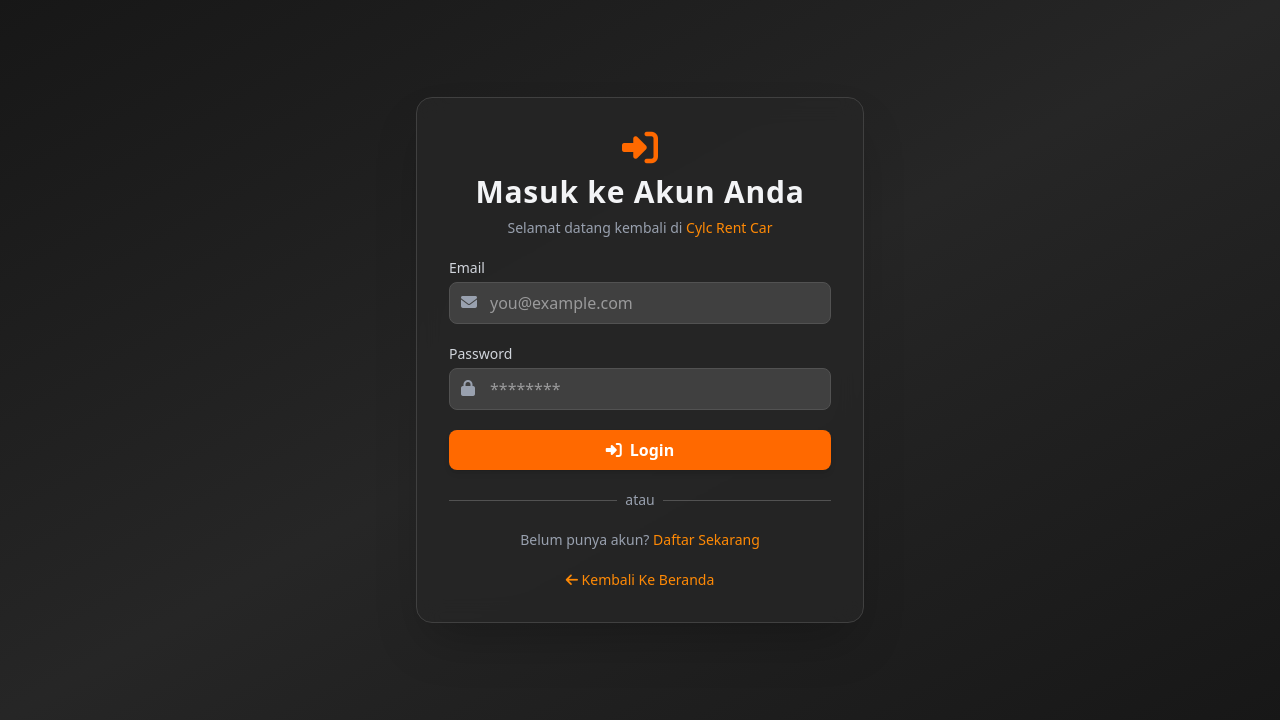
Repository: Fadlan079/FinalProject-RentalMobil
Page: http://localhost/index.php?action=login
These files come from the project's save history. The page is drawn as it stood at one moment and after a run of saves; the edit follows.
The browser window is 1280 px wide. The pictures show the whole page.
Some web libraries are served in a nearby version. The page is run by PHP 8.4 with error messages shown; the project is at /var/www/html/. Style sheets and scripts are compiled from the project's sources, by tool versions that may differ from the author's.

Above is the page before, as saved 2025-11-12 12:35:39.

### Public/index.php
<?php
require_once __DIR__ . '/../App/Controllers/auth-controller.php';
require_once __DIR__ . '/../App/Controllers/pelanggan-controller.php';
require_once __DIR__ . '/../App/Controllers/pegawai-controller.php';

$Authcontroller = new AUTHController;
$Pelanggancontroller = new PELANGGANController;
$Pegawaicontroller = new PEGAWAIController;

$action = $_GET['action'] ?? 'index';
$id = $_GET['id'] ?? null;

switch ($action) {

    // AUTHENTICATION
    case 'login':
        $Authcontroller->showlogin();
        break;
    case 'storelogin':
        $Authcontroller->login();
        break;
    case 'signup':
        $Authcontroller->showsignup();
        break;
    case 'storesignup':
        $Authcontroller->signup();
        break;
    case 'logout':
        $Authcontroller->logout();
        break;

    // PELANGGAN
    case 'index':
        $Pelanggancontroller->index();
        break;
    case 'store-profile-pelanggan':
        $Pelanggancontroller->Storeprofile();
        break;
    case 'detail-mobil':
        $Pelanggancontroller->detailmobil($id);
        break;
    case 'store-transaksi':
        $Pelanggancontroller->Storetransaksi();
        break;
    case 'buat-transaksi':
        $Pelanggancontroller->buatTransaksi();
        break;
    case 'riwayat-transaksi':
        $Pelanggancontroller->riwayatTransaksi();
        break;

    //PEGAWAI
    case 'profile-pegawai':
        $Pegawaicontroller->Showprofile();
        break;
    case 'store-profile-pegawai':
        $Pegawaicontroller->Storeprofile();
        break;
    //ADMIN


    // 404 Not Found
    default:
        http_response_code(404);
        include __DIR__ . '/../App/Views/errors/404.php';
        break;
}
?>

### App/Controllers/auth-controller.php
<?php
session_start();
require_once __DIR__ . '/../Models/user.php';
require_once __DIR__ . '/../Models/pelanggan.php';
require_once __DIR__ . '/../Models/pegawai.php';

class AUTHController {
    private $model;
    private $pelangganmodel;
    private $pegawaimodel;

    public function __construct() {
        $this->model = new User();
        $this->pelangganmodel = new Pelanggan();
        $this->pegawaimodel = new Pegawai();
    }

    public function showlogin() {
        require_once __DIR__ . '/../Views/Auth/login.php';
    }

    public function login() {
        if ($_SERVER['REQUEST_METHOD'] === 'POST') {
            $email = trim($_POST['email']);
            $password = trim($_POST['password']);

            if (empty($email) || empty($password)) {
                $_SESSION['error'] = 'Email dan password tidak boleh kosong!';
                header("Location: ../Public/?action=login");
                exit;
            }

            $foundUser = $this->model->getuserbyemail($email);

            if (!$foundUser) {
                $_SESSION['error'] = 'Email tidak ditemukan!';
                header("Location: ../Public/?action=login");
                exit;
            }

            if (!password_verify($password, $foundUser['password'])) {
                $_SESSION['error'] = 'Password salah!';
                header("Location: ../Public/?action=login");
                exit;
            }

            $_SESSION['user'] = [
                'id_user' => $foundUser['id_user'],
                'email'   => $foundUser['email'],
                'role'    => $foundUser['role'] ?? 'pelanggan',
            ];

            if ($foundUser['role'] === 'pelanggan') {
                if (!$this->pelangganmodel->getpelangganbyiduser($foundUser['id_user'])) {
                    $this->pelangganmodel->Insertpelanggan($foundUser['id_user'], '', '', '', '', '', '', '', '', '', '');
                }
            } elseif ($foundUser['role'] === 'pegawai') {
                if (!$this->pegawaimodel->getpegawaibyiduser($foundUser['id_user'])) {
                    $this->pegawaimodel->Insertpegawai($foundUser['id_user'], '', '', Null , '', '', '', '','','','','');
                }
            }

            header("Location: ../Public/?action=index");
            exit;
        }
    }

    public function showsignup() {
        require_once __DIR__ . '/../Views/Auth/signup.php';
    }

    public function signup() {
        if ($_SERVER['REQUEST_METHOD'] === 'POST') {
            $email = trim($_POST['email']);
            $password = trim($_POST['password']);
            $jk = trim($_POST['jk']);

            if (empty($email) || empty($password) || empty($jk)) {
                $_SESSION['error'] = 'Data Tidak Boleh Kosong!';
                header("Location: ../Views/Auth/signup.php");
                exit;
            }

            $users = $this->model->Selectuser();
            foreach ($users as $user) {
                if ($user['email'] === $email) {
                    $_SESSION['error'] = 'Email sudah terdaftar!';
                    header("Location: ../Views/Auth/signup.php");
                    exit;
                }
            }

            if ($this->model->Insertuser($email, $password,$jk)) {
                $_SESSION['success'] = 'Registrasi berhasil, silakan login.';
                header("Location: ../Public/?action=login");
                exit;
            } else {
                $_SESSION['error'] = 'Gagal mendaftar.';
                header("Location: ../Views/Auth/signup.php");
                exit;
            }
        }
    }


    public function logout() {
        session_unset();
        session_destroy();
        header("Location: ../Public/?action=index");
        exit;
    }
}
?>

### App/Models/user.php
<?php
require_once __DIR__ . '/../../Config/Database.php';

class User{
    private $pdo;

    public function __construct(){
        $db = new Database();
        $this->pdo = $db->getConnection();
    }

    public function Insertuser($email,$password,$jk,$role=Null){
        try{
            $hash = Password_hash($password,PASSWORD_DEFAULT);
            if ($role) {
                $sql = "INSERT INTO user (email, password,jk, role) VALUES (:email, :password,:jk, :role)";
                $stmt = $this->pdo->prepare($sql);
                $stmt->bindParam(':role', $role);
            } else {
                $sql = "INSERT INTO user (email, password,jk) VALUES (:email, :password,:jk)";
                $stmt = $this->pdo->prepare($sql);
            }
            $stmt->bindParam(':email',$email);
            $stmt->bindParam(':password',$hash);
            $stmt->bindParam(':jk',$jk);
            return $stmt->execute();
        }catch(PDOException $e){
            die('Gagal Menambahkan Data :' .  $e->getMessage());
        }
    }

    public function Selectuser(){
        try{
            $sql = "SELECT * FROM user";
            $stmt = $this->pdo->query($sql);
            return $stmt->fetchAll(PDO::FETCH_ASSOC);
        }catch(PDOException $e){
            die('Gagal Menampilkan Data :' .  $e->getMessage());
        }
    }

    public function getuserbyemail($email){
        try{
            $sql = "SELECT * FROM user WHERE email = :email";
            $stmt = $this->pdo->prepare($sql);
            $stmt->execute(['email' => $email]);
            return $stmt->fetch(PDO::FETCH_ASSOC);
        }catch(PDOException $e){
            die('Gagal Menampilkan Data :' .  $e->getMessage());
        }
    }
}

// $user = new User();
// $user->Insertuser('test1@gmail.com','12345');
// $data = $user->Selectuser();
// var_dump($data);
?>

### Config/Database.php
<?php
class Database {
    public $host = "localhost";
    private $db   = "fp_rentalmobil";
    private $user = "root";
    private $pass = "";
    private $pdo;

    public function __construct() {
        try {
            $dsn = "mysql:host={$this->host};dbname={$this->db}";
            $this->pdo = new PDO($dsn, $this->user, $this->pass);
            $this->pdo->setAttribute(PDO::ATTR_ERRMODE, PDO::ERRMODE_EXCEPTION);
        } catch(PDOException $e) {
            die("Koneksi gagal: " . $e->getMessage());
        }
    }
      public function getConnection() {
        return $this->pdo;
    }
}
?>

### App/Models/pelanggan.php
<?php
require_once __DIR__ . '/../../Config/Database.php';

class Pelanggan{
    private $pdo;

    public function __construct(){
        $db = new Database();
        $this->pdo = $db->getConnection();
    }

    public function Insertpelanggan($id_user,$nama,$nik,$alamat,$kelurahan,$kecamatan,$kota,$kp,$telp,$bio,$pp){
        try{
            $sql = "INSERT INTO pelanggan(id_user,nama,nik,alamat,kelurahan,kecamatan,kota,kp,telp,bio,pp) VALUES(:id_user,:nama,:nik,:alamat,:kelurahan,:kecamatan,:kota,:kp,:telp,:bio,:pp)";
            $stmt = $this->pdo->prepare($sql);
            $stmt->bindParam(':id_user',$id_user);
            $stmt->bindParam(':nama',$nama);
            $stmt->bindParam(':nik',$nik);
            $stmt->bindParam(':alamat',$alamat);
            $stmt->bindParam(':kelurahan',$kelurahan);
            $stmt->bindParam(':kecamatan',$kecamatan);
            $stmt->bindParam(':kota',$kota);
            $stmt->bindParam(':kp',$kp);
            $stmt->bindParam(':telp',$telp);
            $stmt->bindParam(':bio',$bio);
            $stmt->bindParam(':pp',$pp);
            return $stmt->execute();
        }catch(PDOException $e){
            die('Gagal Menambahkan Data :' .  $e->getMessage());
        }
    }

    public function Selectpelanggan(){
        try{
            $sql = "SELECT * FROM pelanggan";
            $stmt = $this->pdo->query($sql);
            return $stmt->fetchAll(PDO::FETCH_ASSOC);
        }catch(PDOException $e){
            die('Gagal Menampilkan Data :' .  $e->getMessage());
        }
    }

    public function getpelangganbyiduser($id_user){
        try{
            $sql = "SELECT * FROM pelanggan WHERE id_user = :id_user";
            $stmt = $this->pdo->prepare($sql);
            $stmt->execute(['id_user'=>$id_user]);
            return $stmt->fetch(PDO::FETCH_ASSOC);
        }catch(PDOException $e){
            die('Gagal Menampilkan Data Dengan ID User :' .  $e->getMessage());
        }
    }

    public function Updatepelanggan($id_user,$nama,$nik,$alamat,$kelurahan,$kecamatan,$kota,$kp,$telp,$bio,$pp){
        try{
            $sql = "UPDATE pelanggan SET nama=:nama,nik=:nik,alamat=:alamat,kelurahan=:kelurahan,kecamatan=:kecamatan,kota=:kota,kp=:kp,telp=:telp,bio=:bio,pp=:pp WHERE id_user=:id_user";
            $stmt = $this->pdo->prepare($sql);
            $stmt->bindParam(':id_user',$id_user);
            $stmt->bindParam(':nama',$nama);
            $stmt->bindParam(':nik',$nik);
            $stmt->bindParam(':alamat',$alamat);
            $stmt->bindParam(':kelurahan',$kelurahan);
            $stmt->bindParam(':kecamatan',$kecamatan);
            $stmt->bindParam(':kota',$kota);
            $stmt->bindParam(':kp',$kp);
            $stmt->bindParam(':telp',$telp);
            $stmt->bindParam(':bio',$bio);
            $stmt->bindParam(':pp',$pp);
            return $stmt->execute();
        }catch(PDOException $e){
            die('Gagal Memperbarui Data :' .  $e->getMessage());
        }
    }

    public function Deletepelanggan($id_pelanggan){
        try{
            $sql = "DELETE FROM pelanggan WHERE id_pelanggan = :id_pelanggan";
            $stmt = $this->pdo->prepare($sql);
            return $stmt->execute(['id_pelanggan' => $id_pelanggan]);
        }catch(PDOException $e){
            die('Gagal Menghapus Data :' .  $e->getMessage());
        }
    }
}

// $pelanggan = new Pelanggan();
// $pelanggan->Insertpelanggan(1,'','','','','','','','','','','');
// $pelanggan->Updatepelanggan(3,1,'Fadlan',1234,'Jl Aw Syahrani','Gunung kelua','Samarinda Ulu','Samarinda',12345,'0822100732928','testing','testing.jpg');
// $pelanggan->Deletepelanggan(2);
// $data = $pelanggan->Selectpelanggan();
// $data = $pelanggan->getpelangganbyiduser(1);
// var_dump($data);
?>

### App/Models/pegawai.php
<?php
require_once __DIR__ . '/../../Config/Database.php';

class Pegawai{
    private $pdo;

    public function __construct(){
        $db = new Database();
        $this->pdo = $db->getConnection();
    }

    public function Insertpegawai($id_user,$nama,$tmpt_lhr,$tgl_lhr,$alamat,$kel,$kec,$kab,$KP,$telp,$bio,$pp){
        try{
            $sql = "INSERT INTO pegawai(id_user,nama,tmpt_lhr,tgl_lhr,alamat,kel,kec,kab,KP,telp,bio,pp) VALUES(:id_user,:nama,:tmpt_lhr,:tgl_lhr,:alamat,:kel,:kec,:kab,:KP,:telp,:bio,:pp)";
            $stmt = $this->pdo->prepare($sql);
            $stmt->bindParam(':id_user',$id_user);
            $stmt->bindParam(':nama',$nama);
            $stmt->bindParam(':tmpt_lhr',$tmpt_lhr);
            $stmt->bindParam(':tgl_lhr',$tgl_lhr);
            $stmt->bindParam(':alamat',$alamat);
            $stmt->bindParam(':kel',$kel);
            $stmt->bindParam(':kec',$kec);
            $stmt->bindParam(':kab',$kab);
            $stmt->bindParam(':KP',$KP);
            $stmt->bindParam(':telp',$telp);
            $stmt->bindParam(':bio',$bio);
            $stmt->bindParam(':pp',$pp);
            return $stmt->execute();
        }catch(PDOException $e){
            die('Gagal Menambahkan Data :' .  $e->getMessage());
        }
    }

    public function Selectpegawai(){
        try{
            $sql = "SELECT * FROM pegawai";
            $stmt = $this->pdo->query($sql);
            return $stmt->fetchAll(PDO::FETCH_ASSOC);
        }catch(PDOException $e){
            die('Gagal Menampilkan Data :' .  $e->getMessage());
        }
    }

    public function getpegawaibyiduser($id_user){
        try{
            $sql = "SELECT * FROM pegawai WHERE id_user = :id_user";
            $stmt = $this->pdo->prepare($sql);
            $stmt->execute(['id_user' => $id_user]);
            return $stmt->fetch(PDO::FETCH_ASSOC);
        }catch(PDOException $e){
            die('Gagal Menampilkan Data Berdasarkan ID User :' .  $e->getMessage());
        }
    }

    public function Updatepegawai($id_user,$nama,$tmpt_lhr,$tgl_lhr,$alamat,$kel,$kec,$kab,$KP,$telp,$bio,$pp){
        try{
            $sql = "UPDATE pegawai SET nama=:nama,tmpt_lhr=:tmpt_lhr,tgl_lhr=:tgl_lhr,alamat=:alamat,kel=:kel,kec=:kec,kab=:kab,KP=:KP,telp=:telp,bio=:bio,pp=:pp WHERE id_user=:id_user";
            $stmt = $this->pdo->prepare($sql);
            $stmt->bindParam(':id_user',$id_user);
            $stmt->bindParam(':nama',$nama);
            $stmt->bindParam(':tmpt_lhr',$tmpt_lhr);
            $stmt->bindParam(':tgl_lhr',$tgl_lhr);
            $stmt->bindParam(':alamat',$alamat);
            $stmt->bindParam(':kel',$kel);
            $stmt->bindParam(':kec',$kec);
            $stmt->bindParam(':kab',$kab);
            $stmt->bindParam(':KP',$KP);
            $stmt->bindParam(':telp',$telp);
            $stmt->bindParam(':bio',$bio);
            $stmt->bindParam(':pp',$pp);
            return $stmt->execute();
        }catch(PDOException $e){
            die('Gagal Memperbarui Data :' .  $e->getMessage());
        }
    }

    public function Deletepegawai($id_pegawai){
        try{
            $sql = "DELETE FROM pegawai WHERE id_pegawai = :id_pegawai";
            $stmt = $this->pdo->prepare($sql);
            return $stmt->execute(['id_pegawai' => $id_pegawai]);
        }catch(PDOException $e){
            die('Gagal Menghapus Data :' .  $e->getMessage());
        }
    }
}

// $pegawai = new Pegawai();
// $pegawai->Insertpegawai(1,'','',Null,'','','','','','','','');
// $pegawai->Updatepegawai(1,2,'Test1','Samarinda','2008-09-11','Jl Tanah Hitam','Gunung kelua','Samarinda Ulu','Samarinda',12346,'0822100732927','','');
// $pegawai->Deletepegawai(2);
// $data = $pegawai->Selectpegawai();
// var_dump($data);
?>

### App/Middleware/middleware.php
<?php
class Middleware{
    public static function requirelogin(){
        if (session_status() === PHP_SESSION_NONE) {
            session_start();
        }

        if (!isset($_SESSION['user'])) {
            header("Location: index.php?action=login");
            exit;
        }
    }

    public static function requireloginOptional(){
        if (session_status() === PHP_SESSION_NONE) {
            session_start();
        }

        return isset($_SESSION['user']);
    }

    public static function requirerole($role){
        self::requirelogin();
        if ($_SESSION['user']['role'] !== $role) {
            header("Location: index.php?action=index");
            exit;
        }
    }
}
?>

### App/Controllers/pegawai-controller.php
<?php
require_once __DIR__ . '/../Models/pegawai.php';
require_once __DIR__ . '/../Middleware/middleware.php';

class PEGAWAIController {
    private $model;

    public function __construct() {
        $this->model = new Pegawai();
    }

    // Dashboard utama — bedakan tampilan berdasarkan role
    public function index() {
        Middleware::requirerole(['admin', 'cs']); // pastikan hanya pegawai boleh masuk

        $role = $_SESSION['user']['role'] ?? null;

        if ($role === 'admin') {
            require_once __DIR__ . '/../../App/Views/Pegawai/Admin/index.php';
        } elseif ($role === 'cs') {
            require_once __DIR__ . '/../../App/Views/Pegawai/CS/index.php';
        } else {
            http_response_code(403);
            echo "<h1 style='color:red; text-align:center;'>Akses Ditolak</h1>";
        }
    }

    // Menampilkan profil pegawai (semua role bisa)
    public function Showprofile() {
        Middleware::requirerole(['admin', 'cs']);
        $id_user = $_SESSION['user']['id_user'];
        $data = $this->model->getpegawaibyiduser($id_user);

        require_once __DIR__ . '/../../App/Views/Pegawai/profile-pegawai.php';
    }

    // Menyimpan pembaruan profil + upload foto
    public function Storeprofile() {
        Middleware::requirerole(['admin', 'cs']);

        $id_user = $_SESSION['user']['id_user'];
        $dataLama = $this->model->getpegawaibyiduser($id_user);

        // 🟩 handle upload foto
        $fotoBaru = $dataLama['pp']; // default: pakai foto lama
        if (isset($_FILES['pp']) && $_FILES['pp']['error'] === UPLOAD_ERR_OK) {
            $tmpName = $_FILES['pp']['tmp_name'];
            $fileName = basename($_FILES['pp']['name']);
            $fileExt = strtolower(pathinfo($fileName, PATHINFO_EXTENSION));
            $allowed = ['jpg', 'jpeg', 'png', 'webp', 'svg'];

            if (in_array($fileExt, $allowed)) {
                $newName = 'pp_' . uniqid() . '.' . $fileExt;
                $uploadDir = __DIR__ . '/../../Public/uploads/';
                $uploadPath = $uploadDir . $newName;

                if (move_uploaded_file($tmpName, $uploadPath)) {
                    // 🟩 hapus foto lama kalau bukan default.svg
                    if (!empty($dataLama['pp']) && $dataLama['pp'] !== 'default.svg') {
                        $oldPath = $uploadDir . $dataLama['pp'];
                        if (file_exists($oldPath)) unlink($oldPath);
                    }
                    $fotoBaru = $newName;
                }
            }
        }

        // 🟩 simpan data baru ke database
        $this->model->Updatepegawai(
            $id_user,
            $_POST['nama'],
            $_POST['tmpt_lhr'],
            !empty($_POST['tgl_lhr']) ? $_POST['tgl_lhr'] : null,
            $_POST['alamat'],
            $_POST['kelurahan'],
            $_POST['kecamatan'],
            $_POST['kabupaten'],
            $_POST['kp'],
            $_POST['telp'],
            $_POST['bio'],
            $fotoBaru
        );

        header("Location: index.php?action=profile-pegawai");
        exit;
    }

    function Insertpegawai() {

    }
}
?>

### App/Views/Auth/login.php
<?php if (isset($_SESSION['error'])): ?>
  <div class="bg-red-600 text-white p-2 rounded mb-3 text-center">
    <?= $_SESSION['error']; ?>
  </div>
  <?php unset($_SESSION['error']); ?>
<?php endif; ?>

<?php if (isset($_SESSION['success'])): ?>
  <div class="bg-green-600 text-white p-2 rounded mb-3 text-center">
    <?= $_SESSION['success']; ?>
  </div>
  <?php unset($_SESSION['success']); ?>
<?php endif; ?>

<!DOCTYPE html>
<html lang="id">
<head>
  <meta charset="UTF-8">
  <meta name="viewport" content="width=device-width, initial-scale=1.0">
  <title>Login - Cylc Rent Car</title>
  <link rel="stylesheet" href="output.css">
  <link rel="stylesheet" href="https://cdnjs.cloudflare.com/ajax/libs/font-awesome/6.6.0/css/all.min.css">
</head>
<body class="min-h-screen bg-gradient-to-br from-neutral-900 via-neutral-800 to-neutral-900 flex items-center justify-center text-gray-100">

  <form action="index.php?action=storelogin" method="post"
        class="w-full max-w-md p-8 rounded-2xl bg-neutral-800/80 backdrop-blur-md shadow-2xl space-y-5 border border-neutral-700">

    <div class="text-center space-y-2">
      <i class="fa-solid fa-right-to-bracket text-4xl text-orange-500"></i>
      <h2 class="text-3xl font-bold tracking-wide">Masuk ke Akun Anda</h2>
      <p class="text-sm text-gray-400">Selamat datang kembali di <span class="text-orange-400 font-medium">Cylc Rent Car</span></p>
    </div>

    <div>
      <label class="block mb-1 text-sm font-medium text-gray-300">Email</label>
      <div class="relative">
        <i class="fa-solid fa-envelope absolute left-3 top-3 text-gray-400"></i>
        <input name="email" type="email" placeholder="you@example.com" required
               class="w-full pl-10 pr-3 py-2 rounded-lg bg-neutral-700 border border-neutral-600 text-gray-100 focus:outline-none focus:ring-2 focus:ring-orange-500 transition">
      </div>
    </div>

    <div>
      <label class="block mb-1 text-sm font-medium text-gray-300">Password</label>
      <div class="relative">
        <i class="fa-solid fa-lock absolute left-3 top-3 text-gray-400"></i>
        <input name="password" type="password" placeholder="********" required
               class="w-full pl-10 pr-3 py-2 rounded-lg bg-neutral-700 border border-neutral-600 text-gray-100 focus:outline-none focus:ring-2 focus:ring-orange-500 transition">
      </div>
    </div>

    <button type="submit"
            class="w-full flex items-center justify-center gap-2 bg-orange-500 hover:bg-orange-600 text-white font-semibold py-2 rounded-lg shadow-md transition duration-300">
      <i class="fa-solid fa-right-to-bracket"></i> Login
    </button>

    <div class="flex items-center gap-2">
      <hr class="flex-grow border-neutral-600">
      <span class="text-gray-400 text-sm">atau</span>
      <hr class="flex-grow border-neutral-600">
    </div>

    <p class="text-center text-sm text-gray-400">
      Belum punya akun?
      <a href="index.php?action=signup"
         class="text-orange-400 hover:text-orange-300 font-medium transition">
         Daftar Sekarang
      </a>
    </p>

      <a href="index.php?action=index"
         class="block text-orange-400 hover:text-orange-300 text-center text-sm font-medium transition">
         <i class="fa-solid fa-arrow-left"></i> Kembali Ke Beranda
      </a>
  </form>

</body>
</html>

Loaded but not shown: src/input.css (common file); App/Models/mobil.php (294 lines, source omitted); App/Controllers/pelanggan-controller.php (240 lines, source omitted); App/Models/transaksi.php (141 lines, source omitted)

After the next 4 saves:
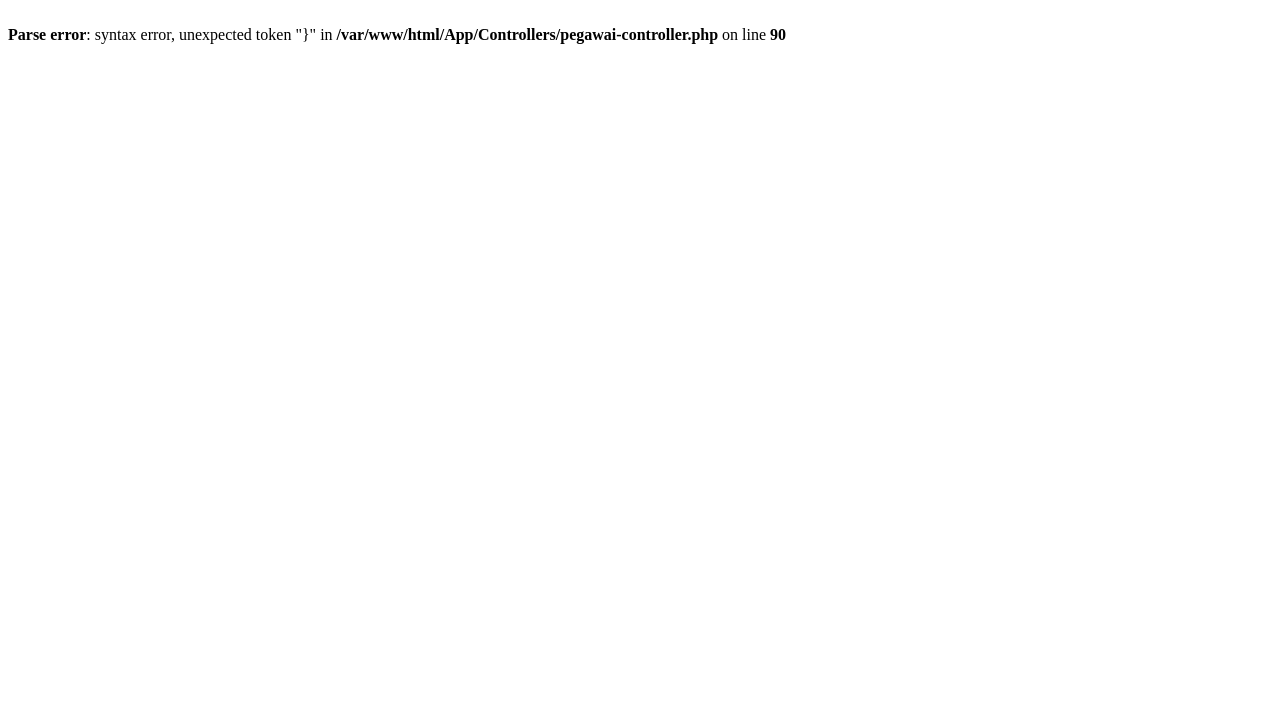
The 4 saves are shown as one change because they came seconds apart.
The last was saved 12 s later.
--- a/App/Controllers/pegawai-controller.php
+++ b/App/Controllers/pegawai-controller.php
@@ -86,7 +86,7 @@
     }
 
     function Insertpegawai() {
-
+        $sql = ""
     }
 }
 ?>
